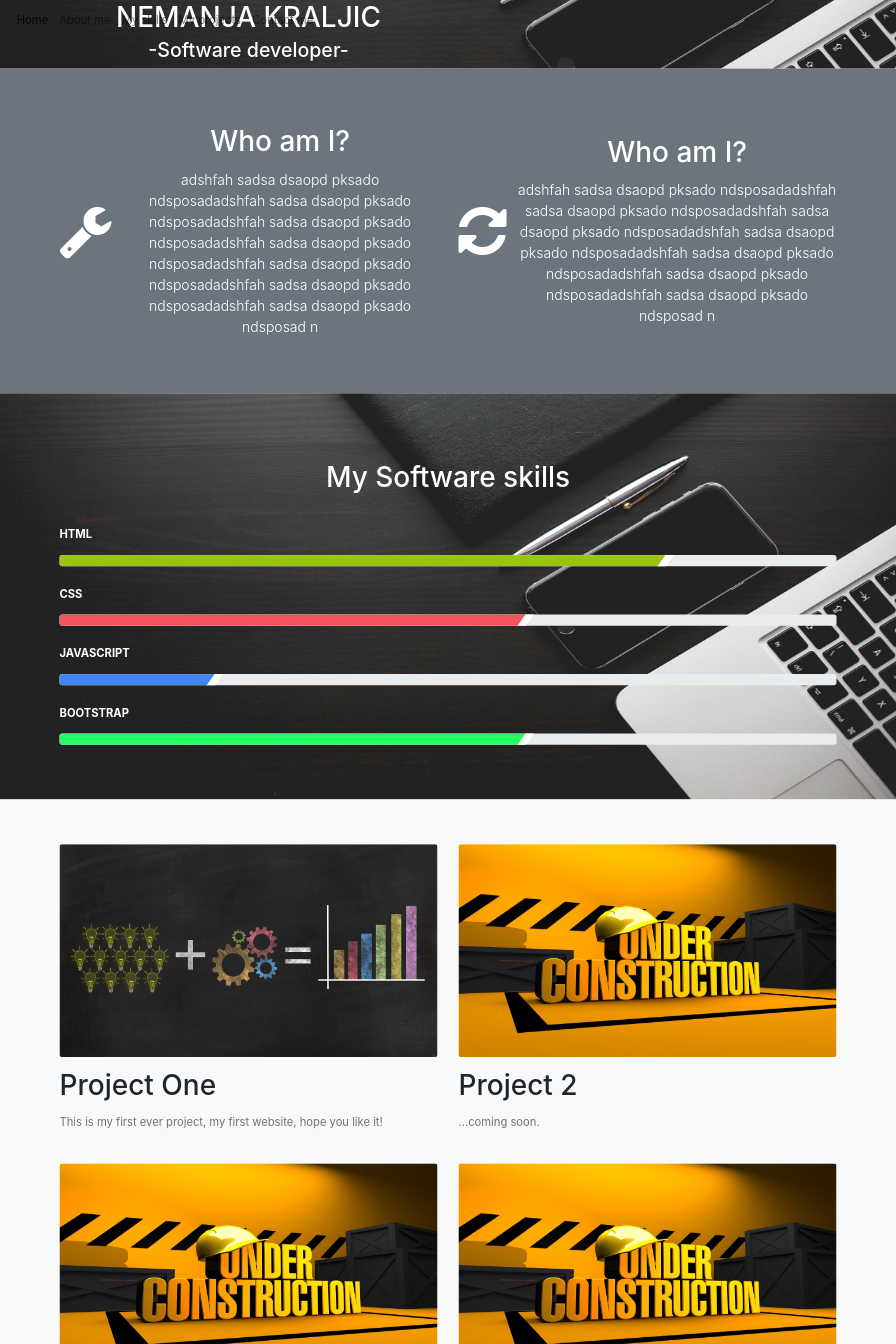
Repository: Kraljiccar/User-Centric-Frontend-Development-Milestone-Project
Page: index.html
The author's editor kept a record of every edit. The page is drawn from the files as they stood at one moment, then again after the next edit.
The browser window is 1280 px wide. The pictures show the part of the page from y = 0 to 1920 px (the page is 2762 px tall), at 70% of full size.
Backgrounds fixed to the window are drawn as part of the page.

Above is the page before.

### index.html
<!DOCTYPE html>
<html lang="en-US">

<head>
    <meta charset="UTF-8">
    <meta name="viewport" content="width=device-width, initial-scale=1.0">
    <meta http-equiv="X-UA-Compatible" content="ie=edge">
    <link rel="stylesheet" href="./assets/css/style.css" type="text/css" />
    <link rel="stylesheet" href="https://stackpath.bootstrapcdn.com/bootstrap/4.3.1/css/bootstrap.min.css" integrity="sha384-ggOyR0iXCbMQv3Xipma34MD+dH/1fQ784/j6cY/iJTQUOhcWr7x9JvoRxT2MZw1T" crossorigin="anonymous">
    <link rel="stylesheet" href="https://stackpath.bootstrapcdn.com/font-awesome/4.7.0/css/font-awesome.min.css" type="text/css" />

    <title>Nemanja Kraljic</title>
</head>

<body data-spy="scroll" data-target="#navbarResponsive">
    <nav class="navbar navbar-expand-lg navbar-light bg-transparent fixed-top">
  <button class="navbar-toggler" type="button" data-toggle="collapse" data-target="#navbarTogglerDemo03" aria-controls="navbarTogglerDemo03" aria-expanded="false" aria-label="Toggle navigation">
    <span class="navbar-toggler-icon"></span>
  </button>


  <div class="collapse navbar-collapse justify-content-end" id="navbarTogglerDemo03">

    <ul class="navbar-nav mr-auto mt-2 mt-lg-0">
      <li class="nav-item active">
        <a class="nav-link" href="#banner">Home <span class="sr-only">(current)</span></a>
      </li>
      <li class="nav-item">
        <a class="nav-link" href="#about-me">About me</a>
      </li>
       <li class="nav-item">
        <a class="nav-link" href="#skills">My skills</a>
      </li>
       <li class="nav-item">
        <a class="nav-link" href="#projects">My projects</a>
      </li>
       <li class="nav-item">
        <a class="nav-link" href="#contact">Contact me</a>
      </li>

    </ul>

  </div>
</nav>
    <section id="banner">
        <div class="container">
            <div class="row max-viewport align-items-center text-center">
                <div class="col-md-6 ">
                    <h1 class="text-white text-uppercase">Nemanja Kraljic</h1>
                    <h3 class="text-white">-Software developer-</h2>
                </div>
            </div>
        </div>
    </section>
    <!-----about me----->
    <section id="about-me" class="py-5 bg-secondary">
        <div class="container">
            <div class="row align-items-center text-center text-white">
                <div class="col-sm-12 col-md-6 col-lg-4text-white my-3 d-flex">
                    <i class="fa fa-wrench fa-5x mr-3 align-self-center"></i>
                    <div class="inner-text">
                        <h1 class="my-3">Who am I?</h1>
                        <p class="lead">adshfah sadsa dsaopd pksado ndsposadadshfah sadsa dsaopd pksado ndsposadadshfah sadsa dsaopd pksado ndsposadadshfah sadsa dsaopd pksado ndsposadadshfah sadsa dsaopd pksado ndsposadadshfah sadsa dsaopd pksado ndsposadadshfah sadsa
                            dsaopd pksado ndsposad n</p>

                    </div>
                </div>
                <div class="col-sm-12 col-md-6 col-lg-4text-white my-3 d-flex">
                    <i class="fa fa-refresh fa-5x mr-3 align-self-center"></i>
                    <div class="inner-text">
                        <h1 class="my-3">Who am I?</h1>
                        <p class="lead">adshfah sadsa dsaopd pksado ndsposadadshfah sadsa dsaopd pksado ndsposadadshfah sadsa dsaopd pksado ndsposadadshfah sadsa dsaopd pksado ndsposadadshfah sadsa dsaopd pksado ndsposadadshfah sadsa dsaopd pksado ndsposadadshfah sadsa
                            dsaopd pksado ndsposad n</p>

                    </div>
                </div>

            </div>
        </div>

    </section>
    <!-----skills---->
    <section id="skills" class="p-5">
        <div class="naslov">
            <h1 class="mb-5 mt-5"> My Software skills</h1>
        </div>
        <div class="container">
            <div class="row">
                <div class="col-md-12">
                    <h3 class="progress-title">HTML</h3>
                    <div class="progress">
                        <div class="progress-bar" style="width:78%; background:#97c513;">
                            <div class="progress-value">65%</div>
                        </div>
                    </div>
                    <h3 class="progress-title">CSS</h3>
                    <div class="progress">
                        <div class="progress-bar" style="width:60%; background:#f2545b;">
                            <div class="progress-value">100%</div>
                        </div>
                    </div>
                    <h3 class="progress-title">JAVASCRIPT</h3>
                    <div class="progress">
                        <div class="progress-bar" style="width:20%; background:#4286f4;">
                            <div class="progress-value">75%</div>
                        </div>
                    </div>
                    <h3 class="progress-title">BOOTSTRAP</h3>
                    <div class="progress">
                        <div class="progress-bar" style="width:60%; background:#21ff63;">
                            <div class="progress-value">30%</div>
                        </div>
                    </div>
                </div>
            </div>
        </div>
    </section>

    <section id="projects" class="p-5 bg-light">
        <div class="container">
            <div class="row">
                <div class="col-sm-6 my-3">
                    <img src="assets/images/success.jpg" alt="#" class="img-fluid rounded" alt="picture">
                    <h1 class="my-3">Project One</h1>
                    <p class="text-muted">This is my first ever project, my first website, hope you like it!</p>
                </div>
                <div class="col-sm-6 my-3">
                    <img src="assets/images/under-construction.jpg" alt="#" class="img-fluid rounded" alt="picture">
                    <h1 class="my-3">Project 2</h1>
                    <p class="text-muted">...coming soon.</p>
                </div>
                <div class="col-sm-6 my-3">
                    <img src="assets/images/under-construction.jpg" alt="#" class="img-fluid rounded" alt="picture">
                    <h1 class="my-3">Project #</h1>
                    <p class="text-muted">...coming soon.</p>
                </div>
                <div class="col-sm-6 my-3">
                    <img src="assets/images/under-construction.jpg" alt="#" class="img-fluid rounded" alt="picture">
                    <h1 class="my-3">Project 4</h1>
                    <p class="text-muted">...coming soon.</p>
                </div>


            </div>
        </div>
    </section>
    <section id="contact">
        <div class="container">
            <div class="row justify justify-content-center">
                <div class="col-11 col-md-8 col-lg-6 col-xl-5">
                    <form class="">
                        <div class="card bg-transparent">
                            <div class="row mt-0">
                                <div class="col-md-12 ">
                                    <h4 class="">Contact Me</h4>
                                    <p>Feel free to contact me if you have any projects or job for me.</p>
                                </div>
                            </div>
                            <div class="form-group row mb-3">
                                <div class="col-md-12 mb-0">
                                    <p class="mb-1">Email</p> <input id="e-mail" type="text" placeholder="Enter your email" name="email" class="form-control input-box rm-border">
                                </div>
                            </div>
                            <div class="form-group row">
                                <div class="col-md-12 mb-2">
                                    <p class="mb-1">Message</p> <textarea id="message" type="text" placeholder="Enter your message" name="message" class="form-control input-box rm-border"></textarea>
                                </div>
                            </div>
                            <div class="form-group row justify-content-center mb-0">
                                <div class="col-md-12 px-3"> <input type="submit" value="Submit" class="btn btn-block btn-dark rm-border"> </div>
                            </div>
                        </div>
                    </form>
                </div>
            </div>
        </div>
    </section>
    <section id="footer" class="p-2 bg-dark">
        <div class="container">
            <div class="row">
                <div class="col text-center">
                    <h4 class="text-white text-capiralize">&copy;Copyright Kraljic 2019</h4>
                </div>
            </div>
        </div>

    </section>
    <!-----Script---->
    <script src="https://code.jquery.com/jquery-3.3.1.slim.min.js" integrity="sha384-q8i/X+965DzO0rT7abK41JStQIAqVgRVzpbzo5smXKp4YfRvH+8abtTE1Pi6jizo" crossorigin="anonymous"></script>
    <script src="https://cdnjs.cloudflare.com/ajax/libs/popper.js/1.14.7/umd/popper.min.js" integrity="sha384-UO2eT0CpHqdSJQ6hJty5KVphtPhzWj9WO1clHTMGa3JDZwrnQq4sF86dIHNDz0W1" crossorigin="anonymous"></script>
    <script src="https://stackpath.bootstrapcdn.com/bootstrap/4.3.1/js/bootstrap.min.js" integrity="sha384-JjSmVgyd0p3pXB1rRibZUAYoIIy6OrQ6VrjIEaFf/nJGzIxFDsf4x0xIM+B07jRM" crossorigin="anonymous"></script>
</body>

</html>

### assets/css/style.css
@import url('https://fonts.googleapis.com/css?family=Roboto:400,700&display=swap');

body {
  font-family: 'Roboto', sans-serif;
}




#banner,
#skills {
  background: url("../images/office.jpg"), linear-gradient(rgba(179, 179, 179, 1), rgba(247, 247, 247, 1));
  background-attachment: fixed;
  background-position: center center;
  background-repeat: no-repeat;
  background-size: cover;
}

.naslov {
  color: #fff;
}

.naslov h1 {
  text-align: center
}

.progress-title {
  font-size: 16px;
  font-weight: 700;
  color: #fff;
  margin: 0 0 20px;
}

.progress {
  height: 20px;
  background: #333;
  border-radius: 0;
  box-shadow: none;
  margin-bottom: 30px;
  overflow: visible
}

.progress-value {
  font-size: 20px;
  color: #fff;
}

.progress .progress-bar {
  position: relative;
  -webkit-animation: animate-positive 2s;
  animation: animate-positive 2s
}

.progress .progress-value {
  display: block;
  font-size: 18px;
  font-weight: 500;
  color: black;
  position: absolute;
  top: -30px;
  right: -25px
}

.progress .progress-bar:after {
  content: "";
  display: inline-block;
  width: 10px;
  background: #fff;
  position: absolute;
  top: -10px;
  bottom: -10px;
  right: -5px;
  z-index: 1;
  transform: rotate(35deg)
}

.img-fluid {
  width:100%;
  height:20%;
  background-position: center;
  background-size: cover;
  background-repeat: no-repeat;

}

#contact {
  width: 100%;
  height: 70vh;

  background-image: url(../images/keyboard.jpg);
  background-position: center center;
  background-size: cover;
  background-attachment: fixed;
}
.box {
    margin: auto
}

.card {
    padding: 8%;
    padding-top: 35px;
    margin-top: 60px;
    margin-bottom: 80px
}

textarea[name="message"] {
    resize: none
}

#e-mail {
    height: 45px
}

#message {
    height: 120px
}

input.input-box,
textarea.input-box {
    background-color: #fff;
    border: #616161;
    color: #BDBDBD
}

input.input-box:focus,
textarea.input-box:focus {
    background-color: #F5F5F5;
    color: #BDBDBD
}

.rm-border:focus {
    border-color: inherit;
    -webkit-box-shadow: none;
    box-shadow: none
}

form .form-control::-webkit-input-placeholder {
    color: #9E9E9E
}

::-moz-placeholder {
    color: #9E9E9E !important
}

After the next edit:
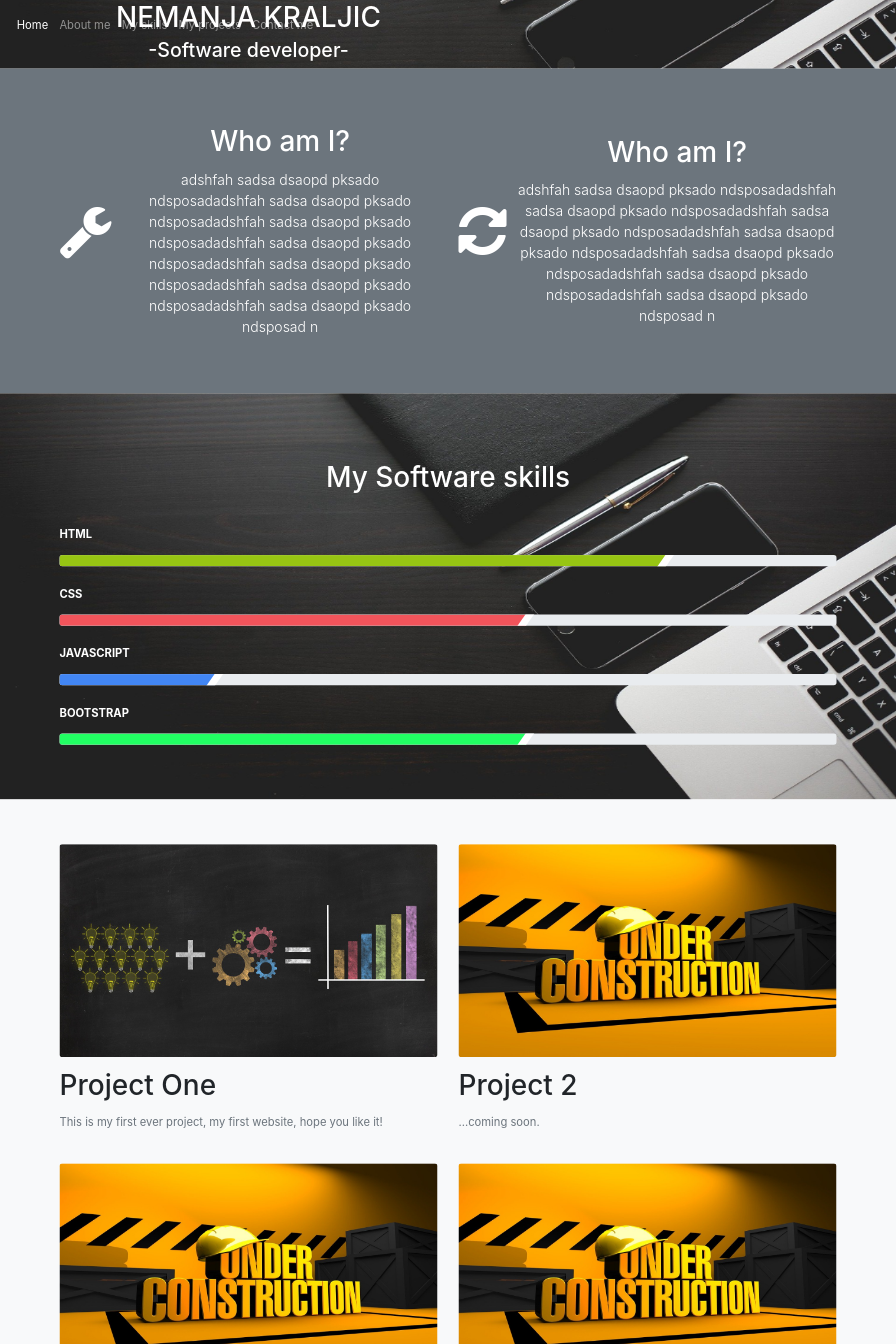
The edit:
--- a/index.html
+++ b/index.html
@@ -13,7 +13,7 @@
 </head>
 
 <body data-spy="scroll" data-target="#navbarResponsive">
-    <nav class="navbar navbar-expand-lg navbar-light bg-transparent fixed-top">
+    <nav class="navbar navbar-expand-sm transparent navbar-dark p-3 fixed-top">
   <button class="navbar-toggler" type="button" data-toggle="collapse" data-target="#navbarTogglerDemo03" aria-controls="navbarTogglerDemo03" aria-expanded="false" aria-label="Toggle navigation">
     <span class="navbar-toggler-icon"></span>
   </button>
